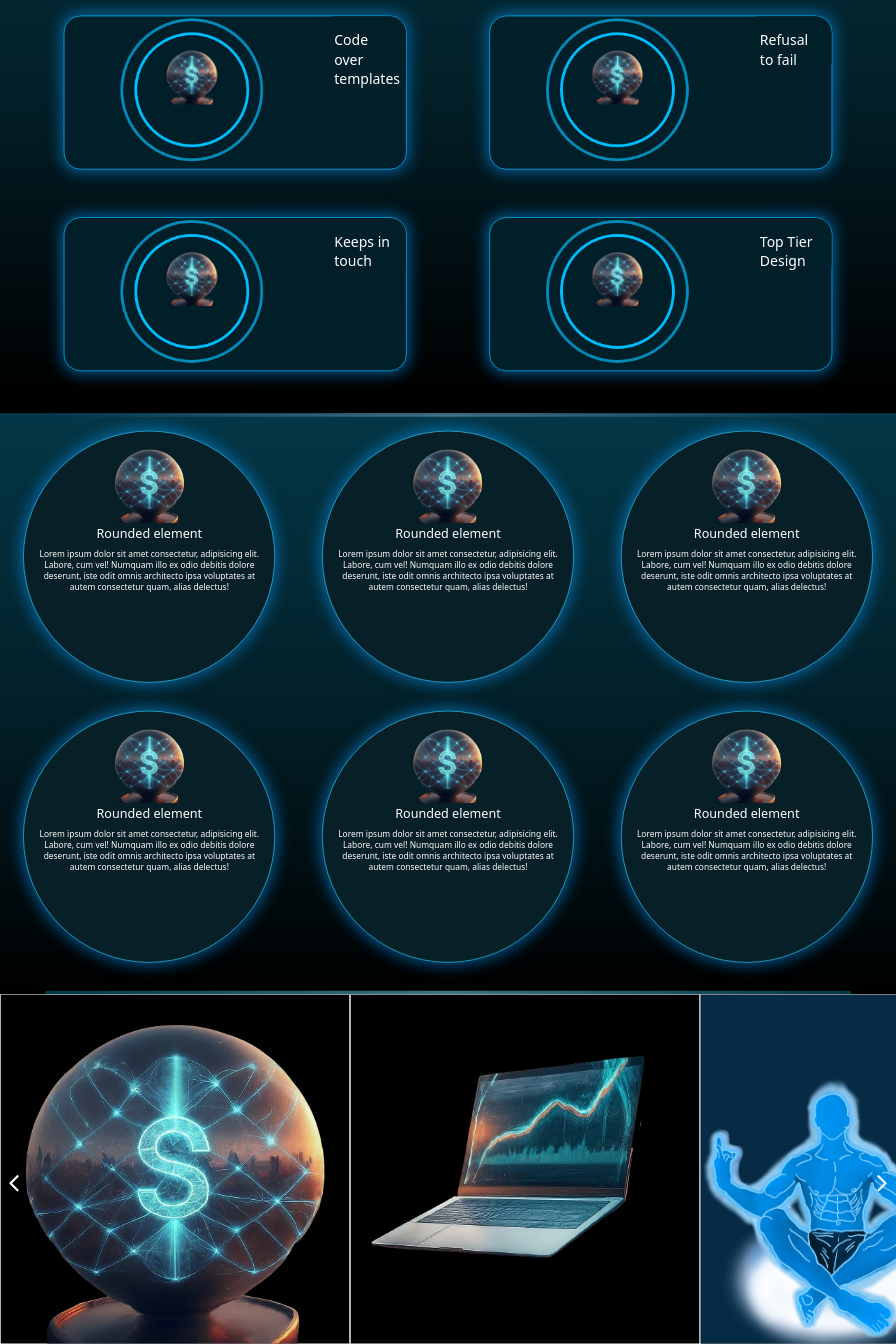
Repository: TMuse333/q3-desings2
Page: /
The author's editor kept a copy of each file at every save. The page is drawn from the files as they stood at one save, then again after the next save.
The browser window is 1280 px wide. The pictures show the part of the page from y = 1046 to 2966 px (the page is 2966 px tall before and 2466 px after), at 70% of full size.
The project was rebuilt for these pictures with package versions that can differ from the ones it lists, and the page was loaded fresh each time. Also part of the build but not shown: vite.config.ts.

Above is the page before, as saved 2024-05-11 14:13:54.

After the next save:
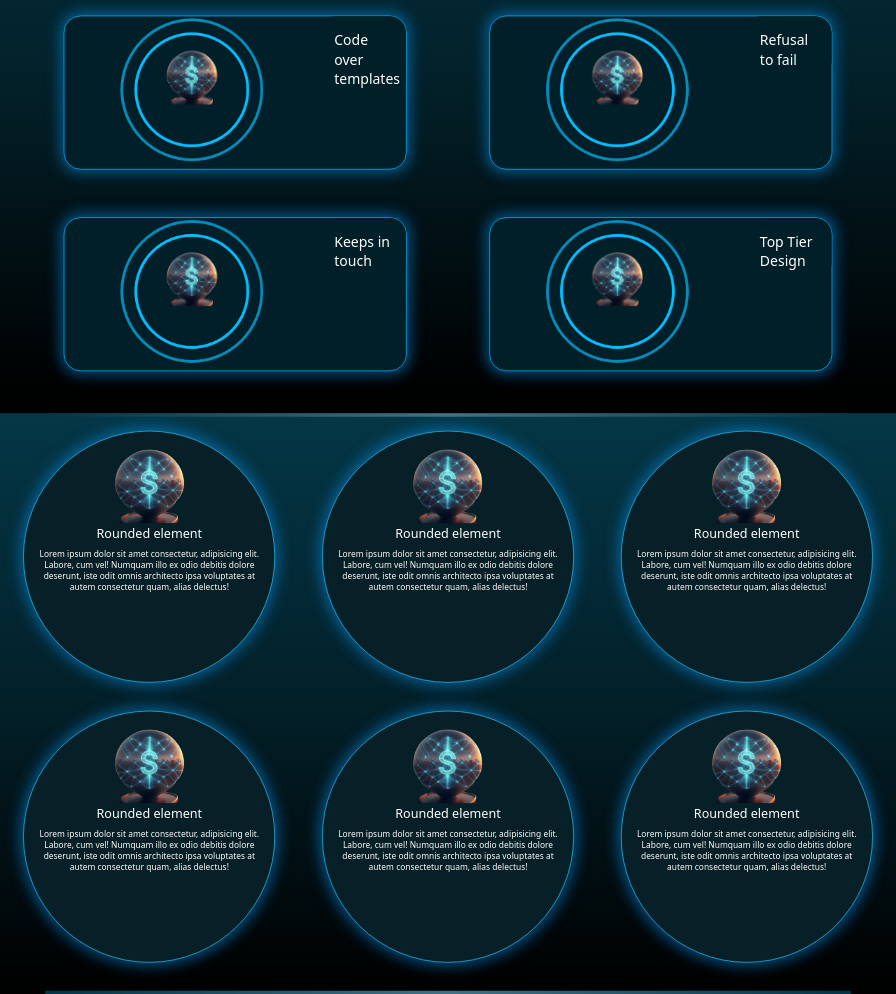
Saved 2 min 39 s later.
--- a/src/components/carousel/carousel.tsx
+++ b/src/components/carousel/carousel.tsx
@@ -28,7 +28,7 @@ justify-center items-center'>
 
         <section className='overflow-hidden relative    '>
 
-            <div className='flex   relative '
+            {/* <div className='flex   relative '
              >
                 {images.map((image,index) => (
                     <img src={image}
@@ -63,7 +63,7 @@ justify-center items-center'>
                  size={40}/>
                 </button>
             </div>
-            </div>
+            </div> */}
         </section>
         </div>
             </>
